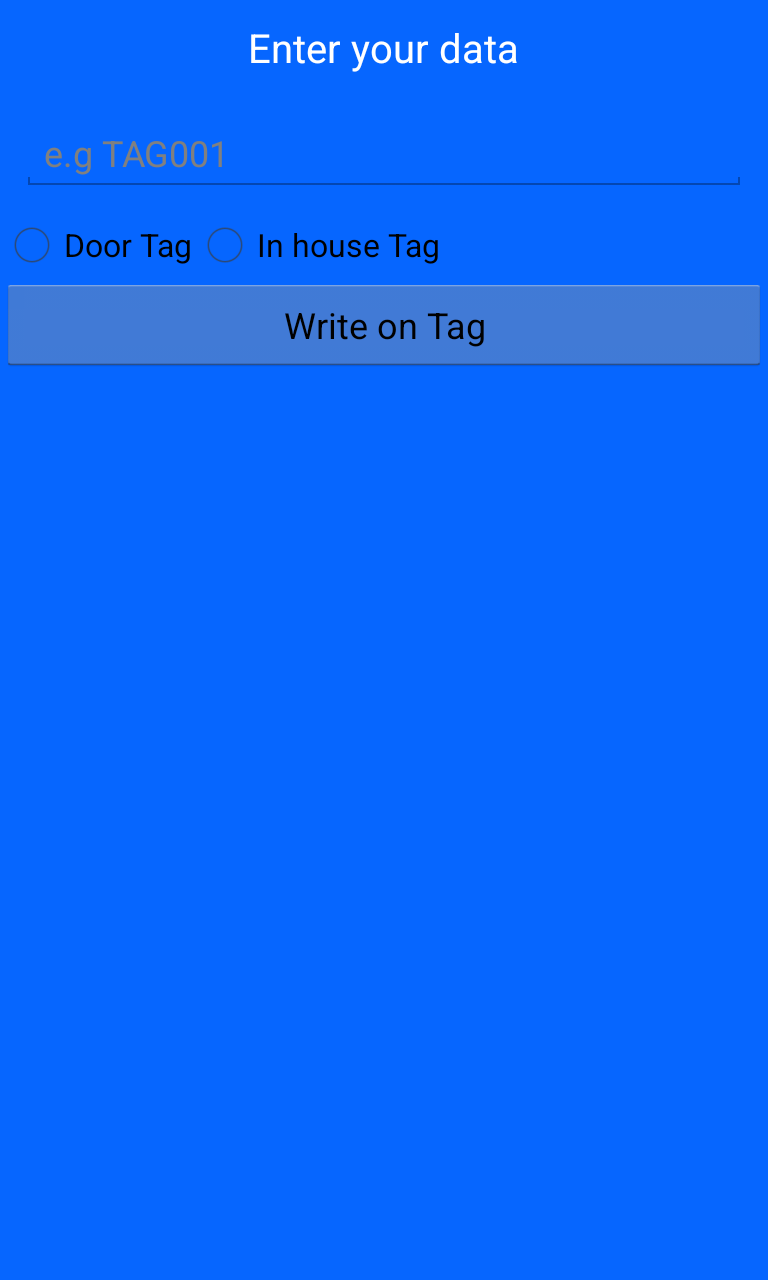
Repository: bwoldemi/LilyTrans
Layout: LilyHomeCare/res/layout/activity_writer.xml
These files come from the project's save history. The layout is drawn as it stood at one moment and after the next save; the edit follows.
It is drawn on a 768 x 1280 px phone screen (xhdpi) without system bars, with theme AppTheme; the app's code is not run.

Above is the layout before, as saved 2014-10-14 09:07:35.

After the next save:
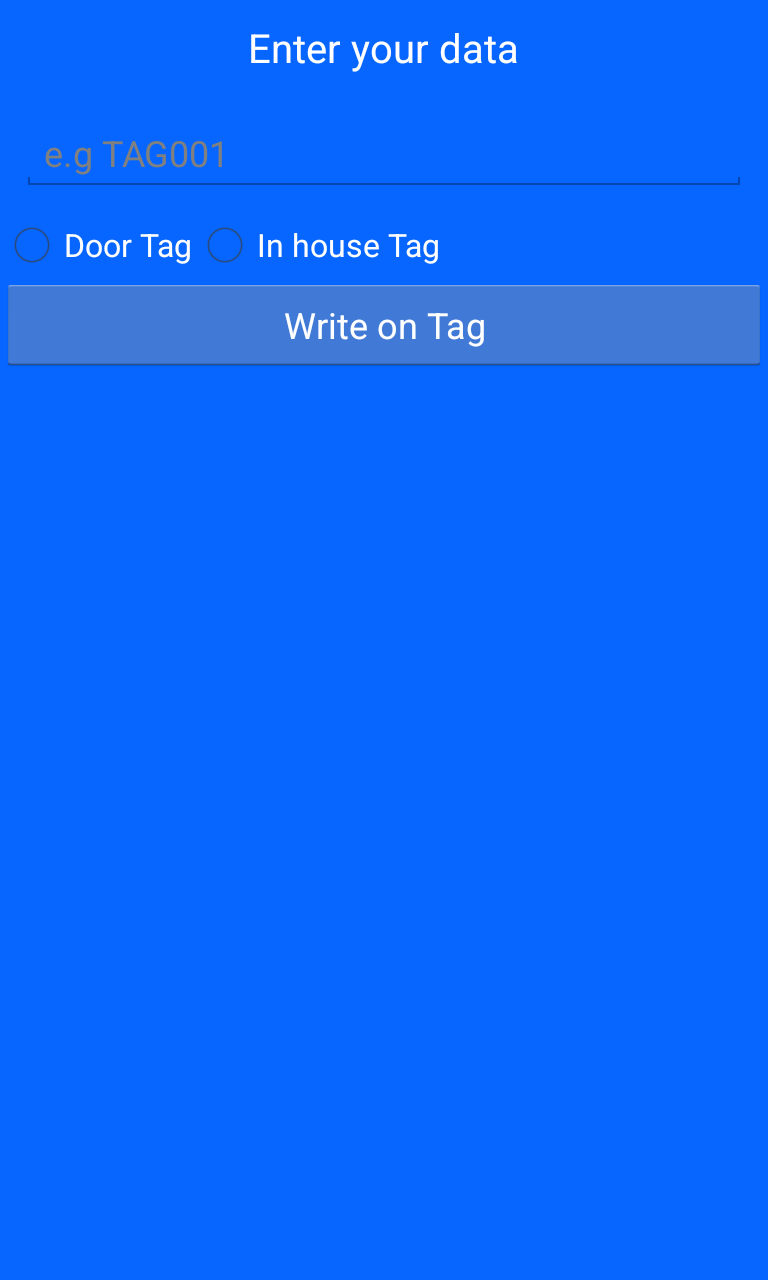
Saved 3 min 41 s later.
--- a/LilyHomeCare/res/layout/activity_writer.xml
+++ b/LilyHomeCare/res/layout/activity_writer.xml
@@ -22,6 +22,7 @@
         android:layout_width="fill_parent"
         android:layout_height="wrap_content"
         android:layout_margin="10sp"
+         android:textColor="#FFFFFF"
         android:hint="@string/hint_enter_your_data"
         android:inputType="text" />
 
@@ -32,6 +33,7 @@
 
         <RadioButton
             android:id="@+id/door"
+             android:textColor="#FFFFFF"
             android:layout_width="wrap_content"
             android:layout_height="wrap_content"
             android:onClick="onRadioButtonClicked"
@@ -39,6 +41,7 @@
 
         <RadioButton
             android:id="@+id/task"
+             android:textColor="#FFFFFF"
             android:layout_width="wrap_content"
             android:layout_height="wrap_content"
             android:onClick="onRadioButtonClicked"
@@ -47,6 +50,7 @@
 
     <Button
         android:layout_width="fill_parent"
+         android:textColor="#FFFFFF"
         android:layout_height="wrap_content"
         android:onClick="writeOnTag"
         android:text="@string/tagWriterText" />
